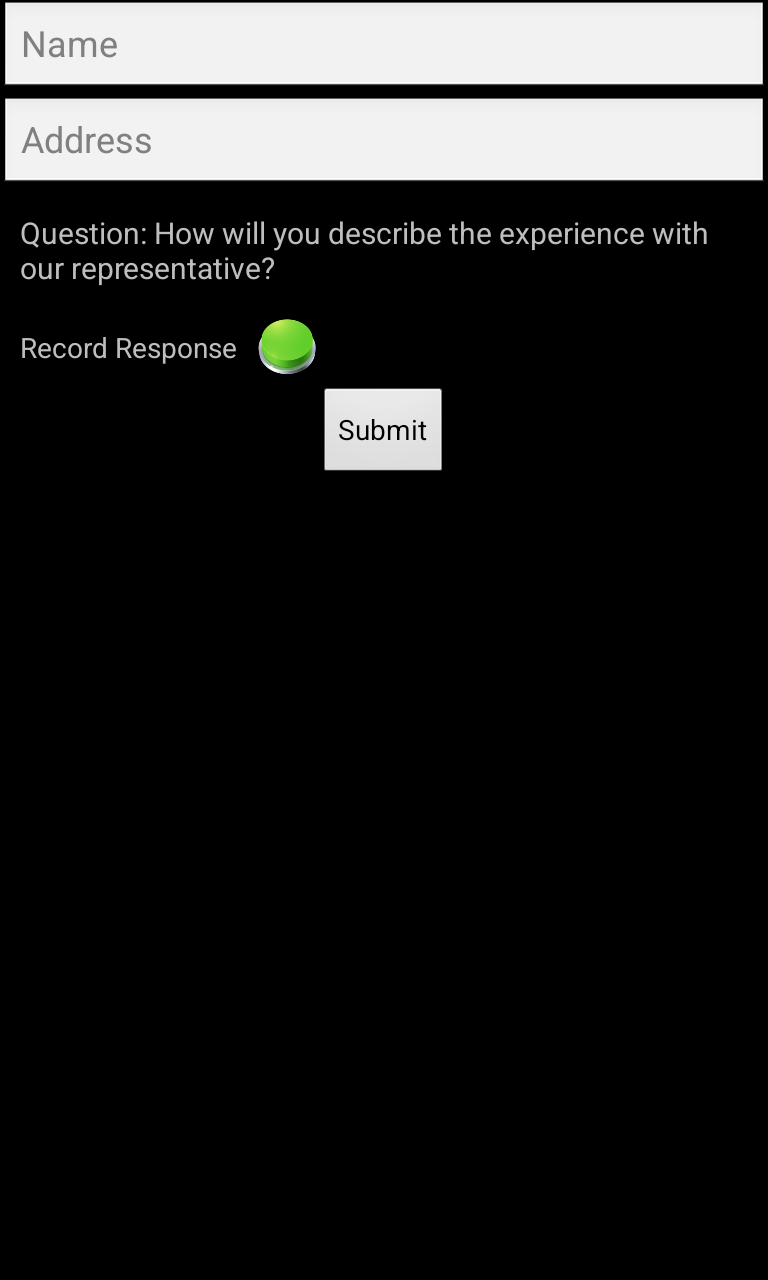
Repository: Anmol92verma/SurveyApp
Layout: SoundServey/res/layout/activity_main.xml
The author's editor kept a copy of each file at every save. The layout is drawn from the files as they stood at one save, then again after the next save.
It is drawn on a 768 x 1280 px phone screen (xhdpi) without system bars, with theme android:Theme.Black; the app's code is not run.

Above is the layout before, as saved 2015-02-21 16:52:58.

After the next save:
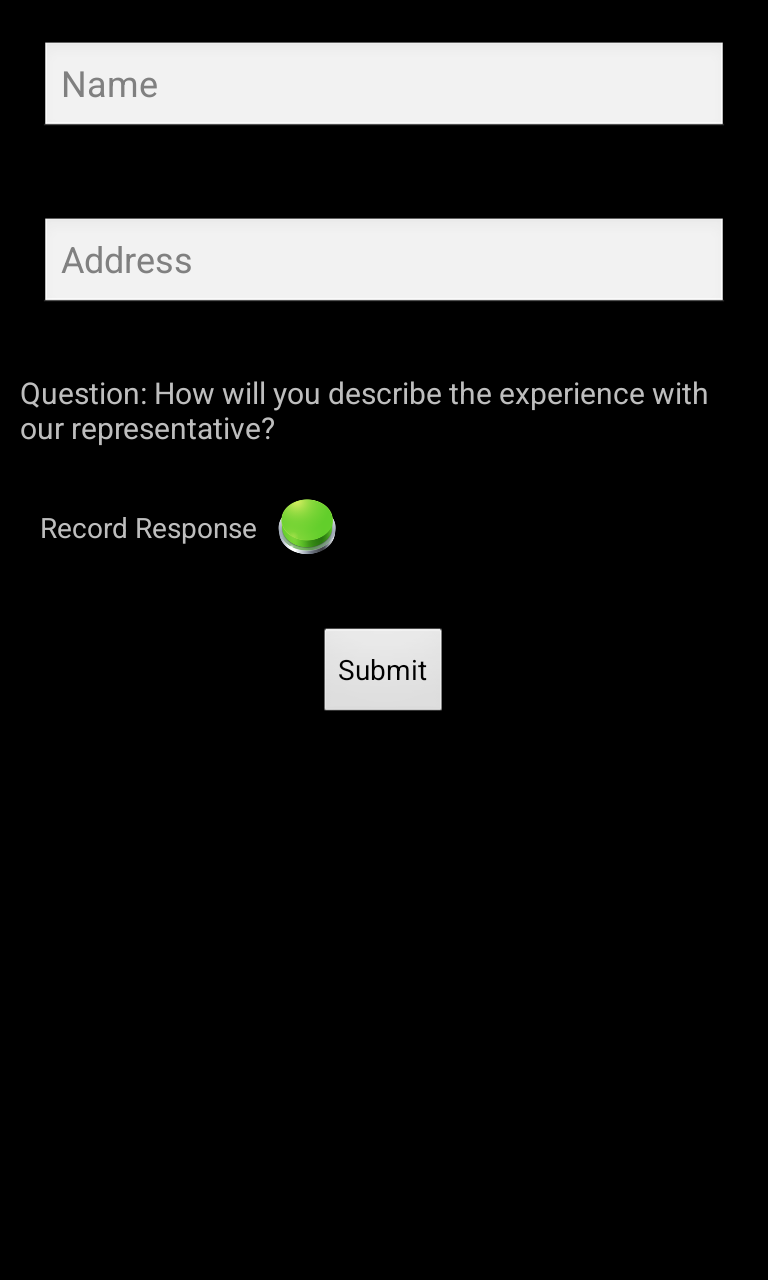
Saved 36 s later.
--- a/SoundServey/res/layout/activity_main.xml
+++ b/SoundServey/res/layout/activity_main.xml
@@ -18,14 +18,14 @@
                 android:layout_width="match_parent"
                 android:layout_height="wrap_content"
                 android:hint="@string/string_name"
-                android:margin="@dimen/dimen_margin" />
+                android:layout_margin="@dimen/dimen_margin" />
 
             <EditText
                 android:id="@+id/edittext_address"
                 android:layout_width="match_parent"
                 android:layout_height="wrap_content"
                 android:hint="@string/string_address"
-                android:margin="@dimen/dimen_margin" />
+                android:layout_margin="@dimen/dimen_margin" />
 
             <TextView
                 android:id="@+id/textview_question"
@@ -38,7 +38,7 @@
             <RelativeLayout
                 android:layout_width="match_parent"
                 android:layout_height="wrap_content"
-                android:margin="@dimen/dimen_paddingtext" >
+                android:layout_margin="@dimen/dimen_paddingtext" >
 
                 <TextView
                     android:id="@+id/textview_recording"
@@ -63,7 +63,7 @@
                 android:layout_width="wrap_content"
                 android:layout_height="wrap_content"
                 android:layout_gravity="center_horizontal"
-                android:margin="@dimen/dimen_margin"
+                android:layout_margin="@dimen/dimen_margin"
                 android:text="@string/string_submit" />
         </LinearLayout>
     </ScrollView>
